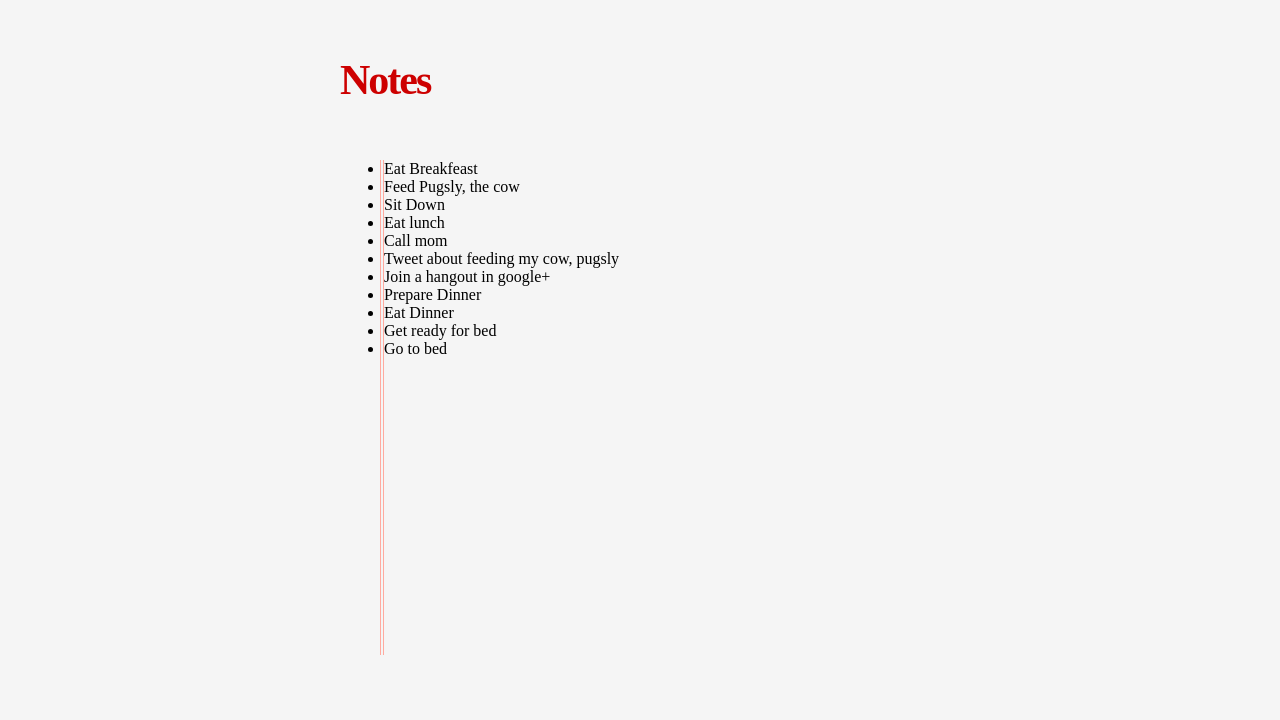
Repository: dev-singh-kanyal/Archive-git_github
Page: index.html
The author's editor kept a copy of each file at every save. The page is drawn from the files as they stood at one save, then again after the next save.
The browser window is 1280 px wide. The pictures show the whole page.

Above is the page before, as saved 2022-06-24 15:27:08.

### index.html
<!DOCTYPE HTML>
<html>

<head>
   <meta charset="UTF-8">
   <title>CSS Theme: Notepad</title>
   <link rel="stylesheet" href="style.css">
</head>

<body>

  <h4>Notes</h4>
  <div class="lines"></div>
  <ul id="List">
    <li>Eat Breakfeast</li>
    <li>Feed Pugsly, the cow</li>
    <li>Sit Down</li>
    <li>Eat lunch</li>
    <li>Call mom</li>
    <li>Tweet about feeding my cow, pugsly</li>
    <li>Join a hangout in google+</li>
    <li>Prepare Dinner</li>
    <li>Eat Dinner</li>
    <li>Get ready for bed</li>
    <li>Go to bed</li>
  </ul>

</body>
</html>

### style.css
body {
    background-color: #f5f5f5;
    width: 600px;
    margin: 0 auto;
    padding: 0;
  }
  h4 {
    color: #cd0000;
    font-size: 42px;
    letter-spacing: -2px;
    text-align: left;
  }
  .list {
    color: #555;
    font-size: 22px;
    padding: 0 !important;
    width: 500px;
    font-family: courier, monospace;
    border: 1px solid #dedede;
  }
  .list li {
    list-style: none;
    border-bottom: 1px dotted #ccc;
    text-indent: 25px;
    height: auto;
    padding: 10px;
    text-transform: capitalize;
  }
  .list li:hover {
    background-color: #f0f0f0;
    -webkit-transition: all 0.2s;
    -moz-transition:    all 0.2s;
    -ms-transition:     all 0.2s;
    -o-transition:      all 0.2s;
  }
  .lines {
    border-left: 1px solid #ffaa9f;
    border-right: 1px solid #ffaa9f;
    width: 2px;
    float: left;
    height: 495px;
    margin-left: 40px;
  }

After the next save:
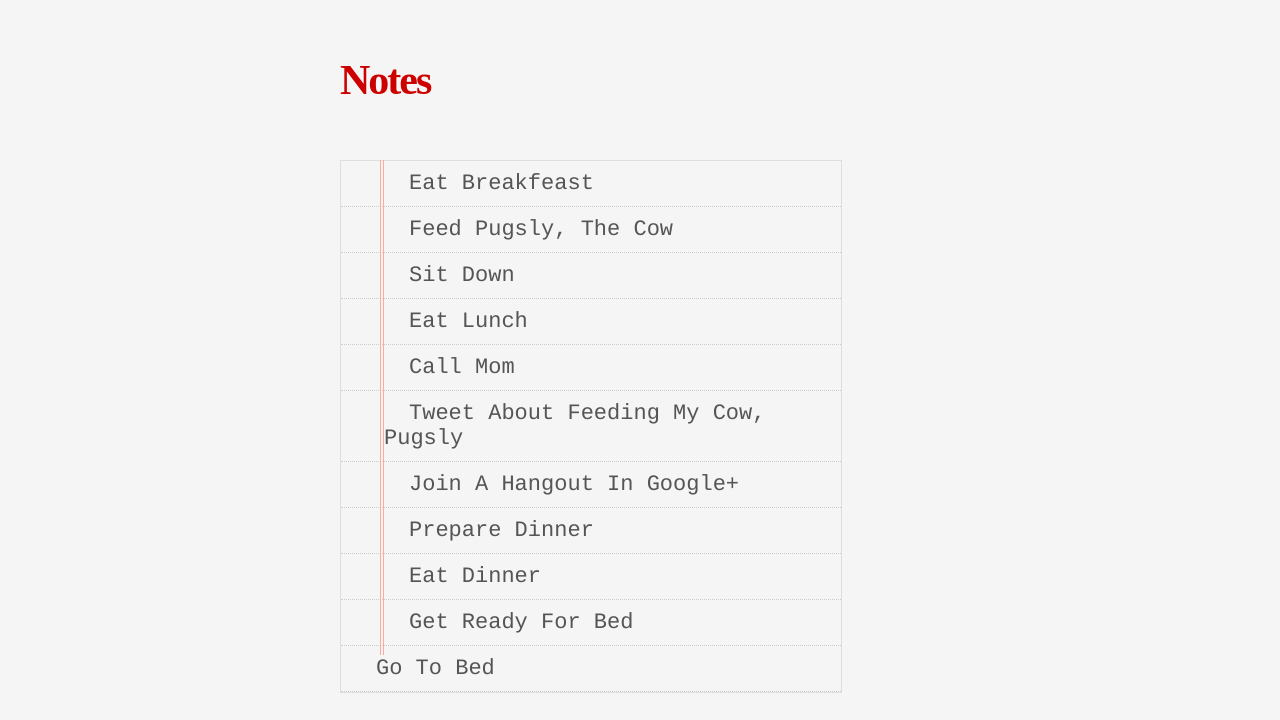
Saved 30 s later.
--- a/index.html
+++ b/index.html
@@ -9,21 +9,23 @@
 
 <body>
 
-  <h4>Notes</h4>
-  <div class="lines"></div>
-  <ul id="List">
-    <li>Eat Breakfeast</li>
-    <li>Feed Pugsly, the cow</li>
-    <li>Sit Down</li>
-    <li>Eat lunch</li>
-    <li>Call mom</li>
-    <li>Tweet about feeding my cow, pugsly</li>
-    <li>Join a hangout in google+</li>
-    <li>Prepare Dinner</li>
-    <li>Eat Dinner</li>
-    <li>Get ready for bed</li>
-    <li>Go to bed</li>
-  </ul>
+    <h4>Notes</h4>
+
+    <div class="lines"></div>
+
+    <ul class="list">
+      <li>Eat Breakfeast</li>
+      <li>Feed Pugsly, the cow</li>
+      <li>Sit Down</li>
+      <li>Eat lunch</li>
+      <li>Call mom</li>
+      <li>Tweet about feeding my cow, pugsly</li>
+      <li>Join a hangout in google+</li>
+      <li>Prepare Dinner</li>
+      <li>Eat Dinner</li>
+      <li>Get ready for bed</li>
+      <li>Go to bed</li>
+    </ul>
 
 </body>
 </html>
